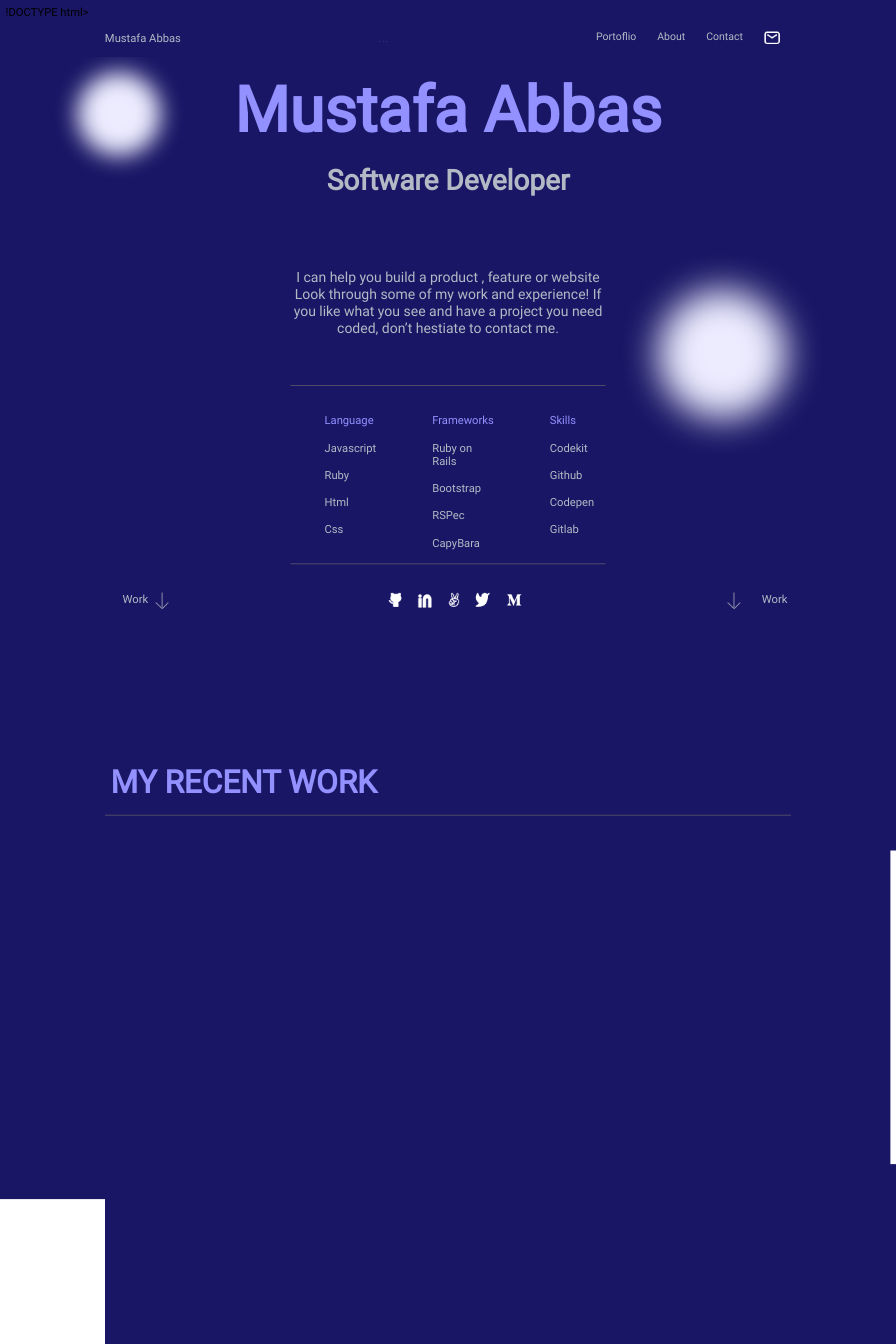
Repository: mustabbas/Portfolio
Page: index.html
These files come from the project's save history. The page is drawn as it stood at one moment and after the next save; the edit follows.
The browser window is 1280 px wide. The pictures show the part of the page from y = 0 to 1920 px (the page is 4754 px tall before and 4728 px after), at 70% of full size.

Above is the page before, as saved 2021-08-30 18:43:24.

After the next save:
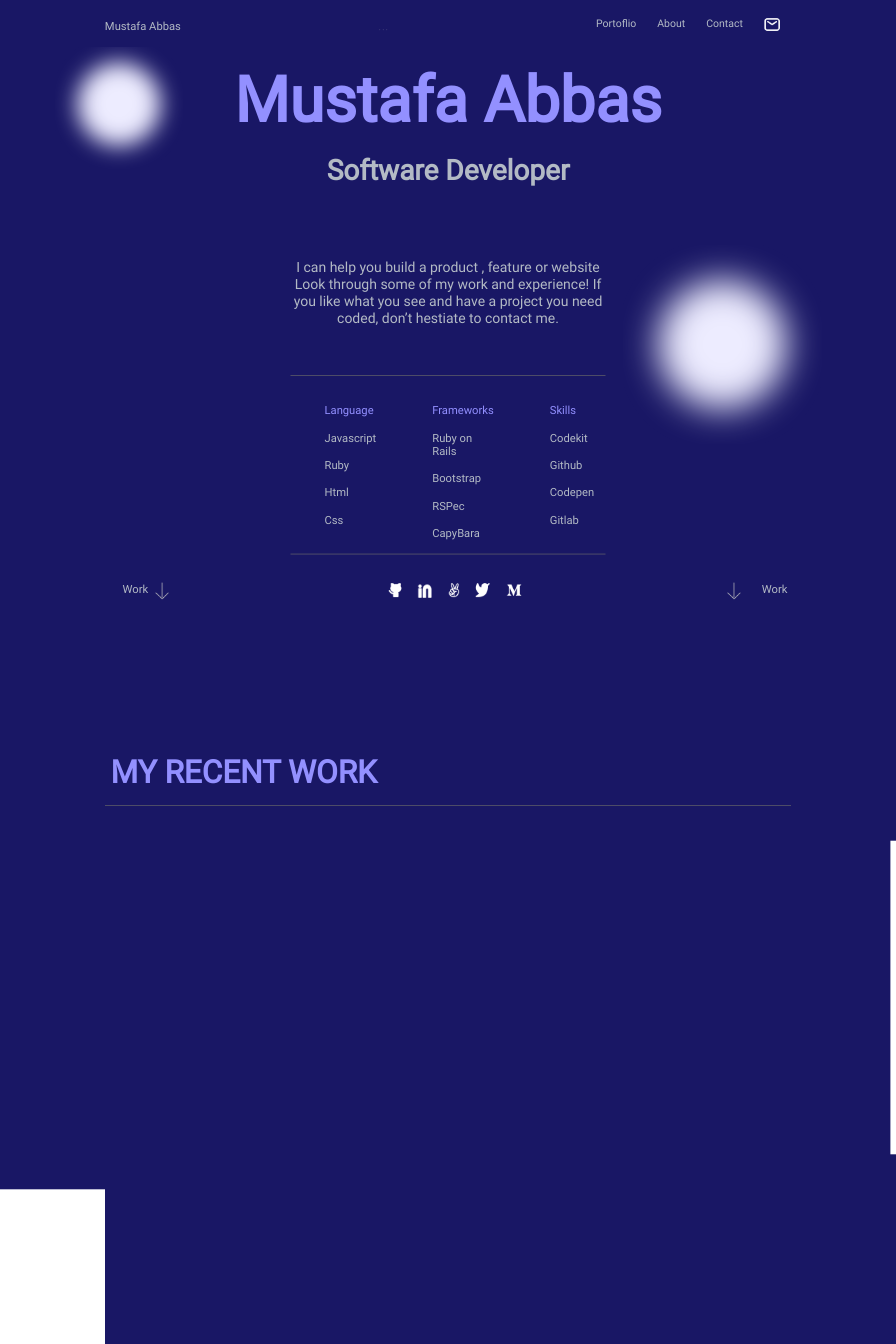
Saved 45 s later.
--- a/index.html
+++ b/index.html
@@ -1,4 +1,4 @@
-!DOCTYPE html>
+<!DOCTYPE html>
 <html lang="en">
   <head>
     <meta charset="UTF-8" />
